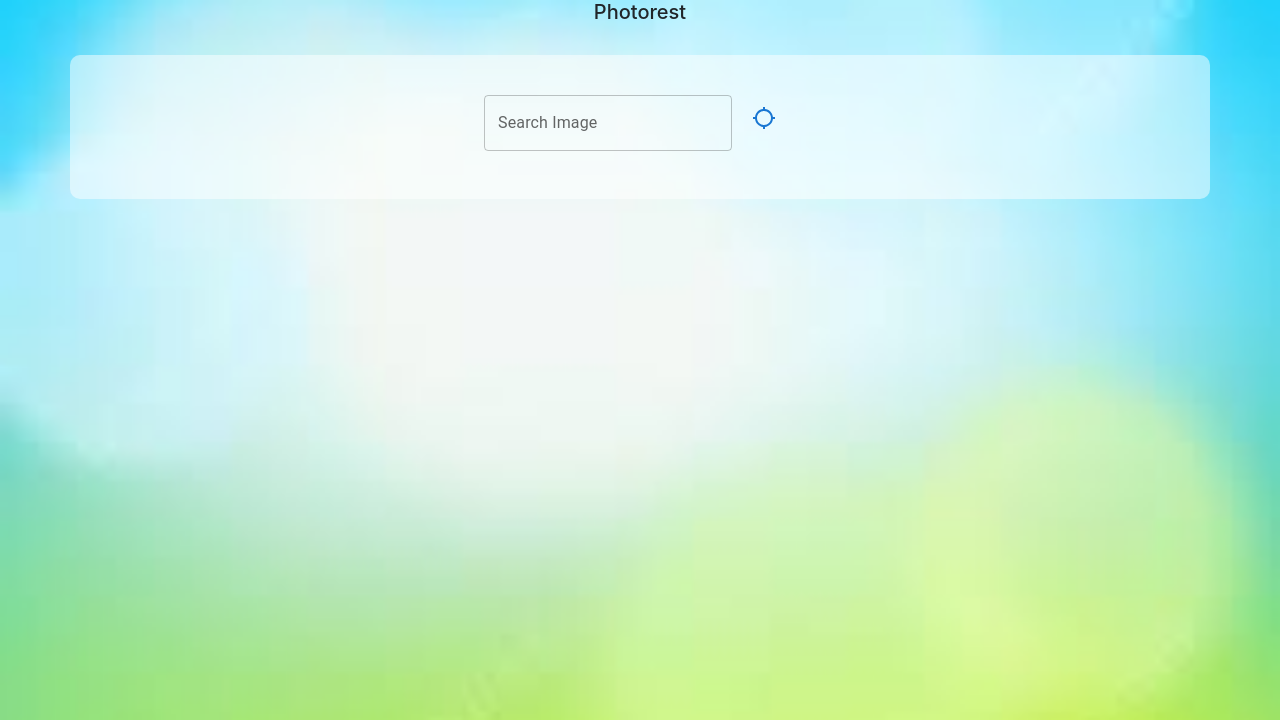
Repository: mohit78911/Snapshot
Page: /
An editor plug-in stored every save of this project. The page is shown before and after the next save, followed by the edit.
The browser window is 1280 px wide. The pictures show the whole page.
The project was rebuilt for these pictures with package versions that can differ from the ones it lists, and the page was loaded fresh each time. Also part of the build but not shown: src/snapshot/SnapshotCss.css, src/snapshot/SnapshotTable.js, src/snapshot/SearchBox.css.

Above is the page before, as saved 2023-09-01 15:18:24.

### public/index.html
<!DOCTYPE html>
<html lang="en">
  <head>
    <meta charset="utf-8" />
    <link rel="icon" href="%PUBLIC_URL%/favicon.ico" />
    <link href="https://cdn.jsdelivr.net/npm/bootstrap@5.3.1/dist/css/bootstrap.min.css" rel="stylesheet" integrity="sha384-4bw+/aepP/YC94hEpVNVgiZdgIC5+VKNBQNGCHeKRQN+PtmoHDEXuppvnDJzQIu9" crossorigin="anonymous">
    <meta name="viewport" content="width=device-width, initial-scale=1" />
    <meta name="theme-color" content="#000000" />
    <meta
      name="description"
      content="Web site created using create-react-app"
    />
    <link rel="apple-touch-icon" href="%PUBLIC_URL%/logo192.png" />

    <link rel="manifest" href="%PUBLIC_URL%/manifest.json" />

    <title>React App</title>
  </head>
  <body style="text-align: center;">
    <noscript>You need to enable JavaScript to run this app.</noscript>
    <div id="root"></div>
    <script src="https://cdn.jsdelivr.net/npm/bootstrap@5.3.1/dist/js/bootstrap.bundle.min.js" integrity="sha384-HwwvtgBNo3bZJJLYd8oVXjrBZt8cqVSpeBNS5n7C8IVInixGAoxmnlMuBnhbgrkm" crossorigin="anonymous"></script>
  </body>
</html>

### src/App.js
import { Box } from "@mui/material";
import React from "react";
import SnapShot from "./snapshot/SnapShot";
console.log("hey i am snapshot Component")
export default function App() {
  return (
    <Box>
      <SnapShot />
    </Box>
  );
}

### src/snapshot/SnapShot.js
import React, { useEffect, useState } from "react";
import axios from "axios";
import "../App.css";

import SnapshotTable from "./SnapshotTable";
import SearchBox from "./SearchBox";
import { ToastContainer, toast } from "react-toastify";
import Title from "./Title";
import { Box } from "@mui/material";

export default function SnapShot() {
  const [image, setImage] = useState(""); //string
  const [data, setData] = useState([]); //Array
  const [showData, setShowData] = useState(false); //Boolean

  const getData = (e) => {
    e.preventDefault();
    let trimedImage = image.trim().trimStart().trimEnd();
    if (trimedImage == "") {
      setShowData(false);
      toast.error("Can't Find ");
    } else {
      setShowData(true);
      axios
        .get(
          `https://api.unsplash.com/search/collections?page=1&query=${image}&client_id=-DzO7DyFZFBUXuUjR2Tb8dbbi8Qcg40oNw2kVfqoREI`
        )
        .then((result) => {
          setData(result.data.results[0].preview_photos);
          // console.log(result.data.results[0].preview_photos);
        })
        .catch((error) => console.log(error));
    }
  };

  // useEffect(() => {
  //   getData();
  // }, []);

  console.log(data);
  return (
    <Box>
    <Title/>
    <div className="container">
      <div className="row">
        <div className="col-4 firstColoum">
          <SearchBox setImage={setImage} image={image} getData={getData} />
        </div>
        {showData ? (
          <div className="col secondColoum">
            <SnapshotTable data={data} />
          </div>
        ) : null}
      </div>
      <ToastContainer />
    </div>
    </Box>
  );
}

### src/App.css
.App {
  text-align: center;
}

.App-logo {
  height: 40vmin;
  pointer-events: none;
}

@media (prefers-reduced-motion: no-preference) {
  .App-logo {
    animation: App-logo-spin infinite 20s linear;
  }
}

.App-header {
  background-color: #282c34;
  min-height: 100vh;
  display: flex;
  flex-direction: column;
  align-items: center;
  justify-content: center;
  font-size: calc(10px + 2vmin);
  color: white;
}

.App-link {
  color: #61dafb;
}

@keyframes App-logo-spin {
  from {
    transform: rotate(0deg);
  }

  to {
    transform: rotate(360deg);
  }
}

.firstColoum {
  width: 100%;
  padding-top: 2rem;
  margin-top: 2%;
  border-radius: 10px;
  height: 9rem;
  background: rgb(255, 255, 255, 0.5);

}

.secondColoum {
  width: 100%;
  margin-top: 2rem;
  margin-bottom: 2rem;
  padding-bottom: 1rem;
  border-radius: 10px;
  background: rgb(255, 255, 255, 0.5);
}


body {
  background-image: url('data:[embedded picture, 2875 characters]');
  background-repeat: no-repeat;
  background-position: 100%;
  background-size: cover;
  background-attachment: fixed;

}

### src/snapshot/SearchBox.js
import React from "react";
import { Button, TextField } from "@mui/material";
import "./SearchBox.css";
import LocationSearchingIcon from "@mui/icons-material/LocationSearching";

function SearchBox({ getData, setImage, image }) {
  return (
    <div>
      <div>
        <form onSubmit={getData} className="mt-2">
          <TextField
            sx={{width:"auto"}}
            value={image}
            onChange={(e) => setImage(e.target.value)}
            label="Search Image"
          />
          <Button type="submit" sx={{ marginTop: "5px" }}>
            <LocationSearchingIcon />
          </Button>
        </form>
      </div>
    </div>
  );
}

export default SearchBox;

### src/snapshot/Title.js
import React from 'react'
import "./Title.css"

export default function Title() {
  return (
    <div>
      <h5 className='title'>Photorest</h5>
    </div>
  )
}

### src/snapshot/Title.css
.title{

}

Loaded but not shown: src/index.js (common file); src/index.css (common file); src/reportWebVitals.js (common file)

After the next save:
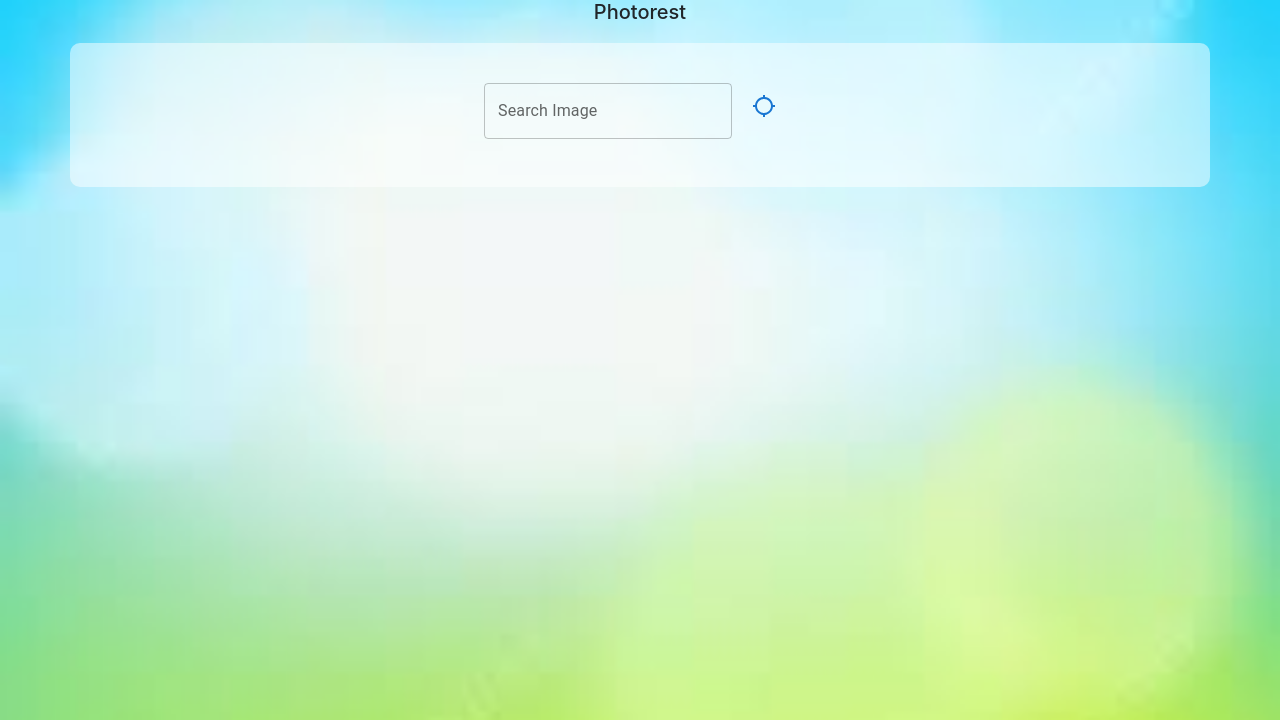
Saved 22 s later.
--- a/src/App.css
+++ b/src/App.css
@@ -41,7 +41,7 @@
 .firstColoum {
   width: 100%;
   padding-top: 2rem;
-  margin-top: 2%;
+  margin-top: 1%;
   border-radius: 10px;
   height: 9rem;
   background: rgb(255, 255, 255, 0.5);
